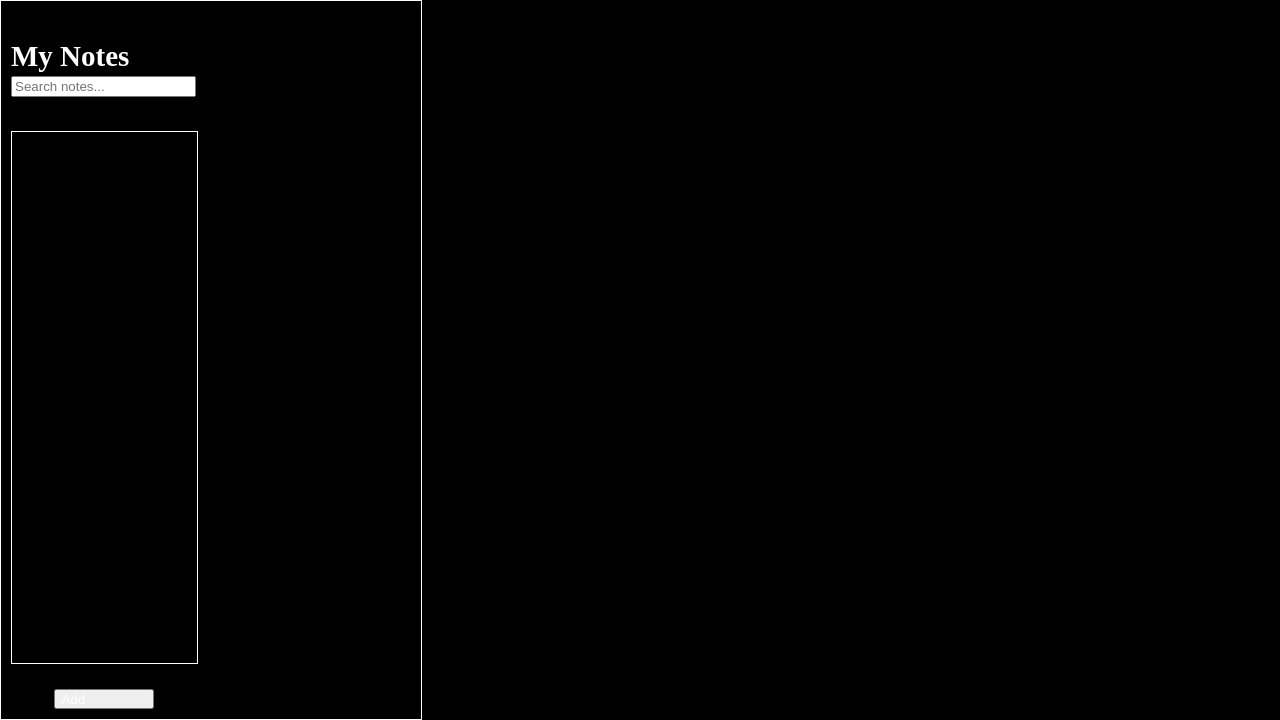
Repository: dmpelaez/myNotes
Page: QuickNotes.html
These files come from the project's save history. The page is drawn as it stood at one moment and after the next save; the edit follows.
The browser window is 1280 px wide. The pictures show the whole page.

Above is the page before, as saved 2025-12-18 20:40:21.

### QuickNotes.html
<!DOCTYPE html>

  <html>

    <head>

      <title>Quick Notes</title>

      <!--CSS LINK-->
      <link rel="stylesheet" href="QuickNotes.css">
    </head>
    <body>

      <aside class="aside-section">

        <!--My notes part-->
        <div class="myNotes">
          <p class="my-notes-text">My Notes</p>
        </div>
        <!--Search notes-->
        <div class="input-box">
          <input class="input" placeholder="Search notes...">
        </div>
        <!--Notes-->
        <div class="note-list"></div>
        <!--add button-->
        <button class="add-button">Add</button>

      </aside>


    </body>

  </html>

### QuickNotes.css
body {
  margin: 0;
  padding: 0;
  background: black;
  box-sizing: border-box;
}
* {
  color: rgb(255, 255, 255);
}
.aside-section {
  border: 1px solid white;
  display: grid;
  width: 400px;
  position: fixed;
  bottom: 0;
  top: 0;
  grid-template-rows: 40px 30px 1fr 20px;
  padding: 10px;
  gap: 25px;
  justify-content: start;
}
.note-list {
  border: 1px solid white;
  width: 100%;
}

.my-notes-text {
  font-weight: bold;
  font-size: 29px;
}

.input {
  color: black;

}
.add-button {
  width: 100px;
  display: flex;
  justify-self: center;
}

After the next save:
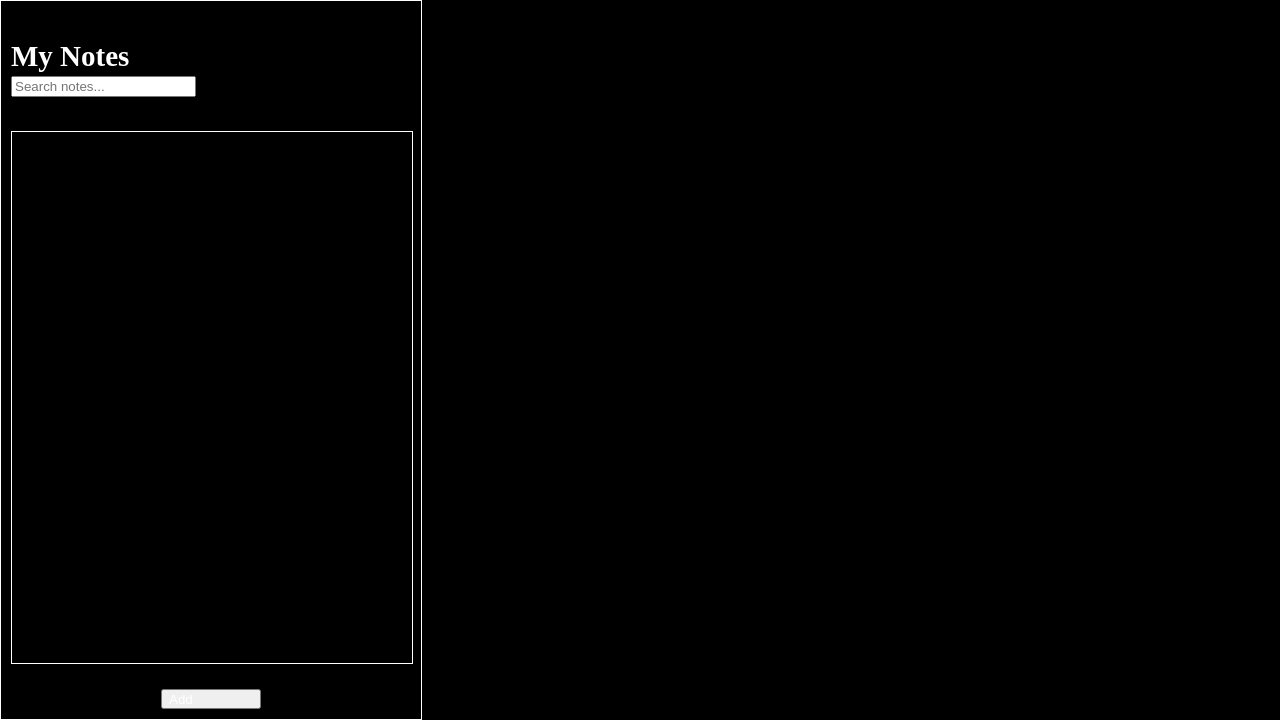
Saved 4 s later.
--- a/QuickNotes.css
+++ b/QuickNotes.css
@@ -17,7 +17,7 @@ body {
   grid-template-rows: 40px 30px 1fr 20px;
   padding: 10px;
   gap: 25px;
-  justify-content: start;
+
 }
 .note-list {
   border: 1px solid white;
